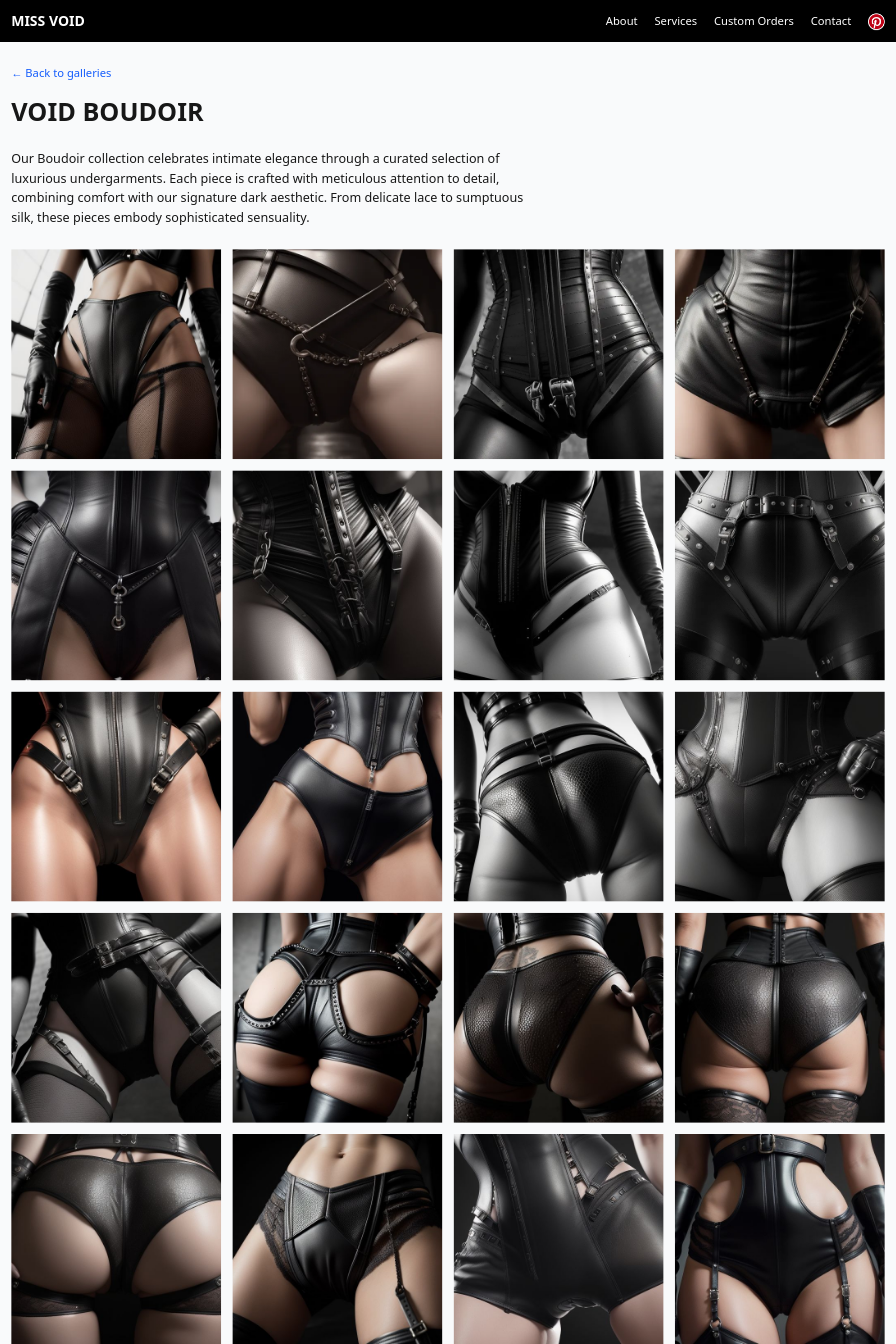
Repository: b0ase/missvoid2
Page: /gallery/void-boudoir
These files come from the project's save history. The page is drawn as it stood at one moment and after the next save; the edit follows.
The browser window is 1280 px wide. The pictures show the part of the page from y = 0 to 1920 px (the page is 4532 px tall), at 70% of full size.
The project was rebuilt for these pictures with package versions that can differ from the ones it lists, and the page was loaded fresh each time. The framework's server and built-in components were replaced by stand-ins that run in the browser. Also part of the build but not shown: next.config.js.

Above is the page before, as saved 2025-04-11 16:06:15.

After the next save:
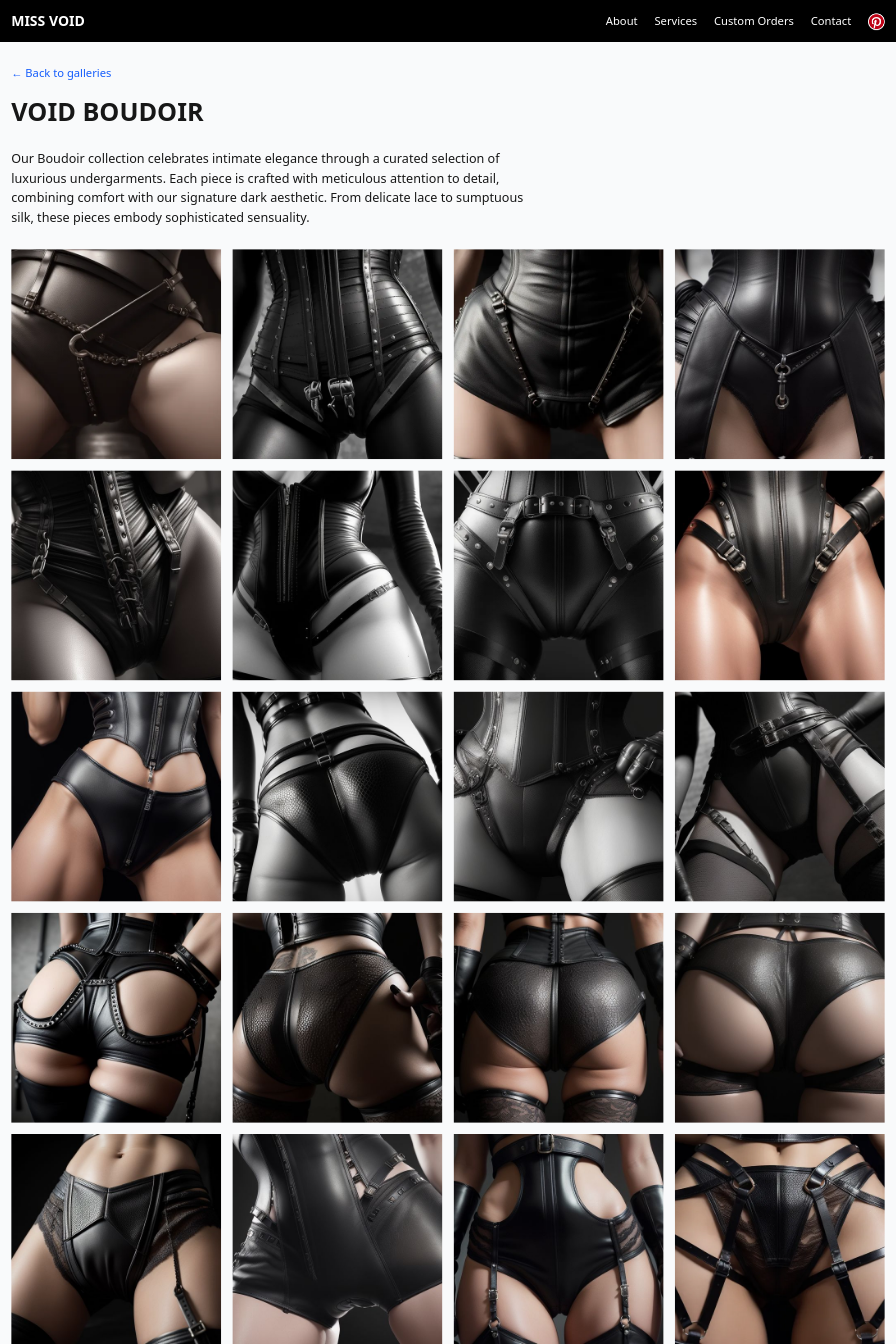
Saved 10 s later.
--- a/src/app/gallery/void-boudoir/page.tsx
+++ b/src/app/gallery/void-boudoir/page.tsx
@@ -3,14 +3,6 @@
 
 export default function VoidBoudoirGallery() {
   const items = [
-    // Cover Image
-    createGalleryItem(
-      '/images/void-boudoir/cover.jpg',
-      'Midnight Allure Set',
-      'bodysuit',
-      { style: 'minimal', luxuryLevel: 'premium', useCase: 'evening' }
-    ),
-
     // Signature Pieces
     createGalleryItem(
       '/images/void-boudoir/IMG_8187.WEBP',
